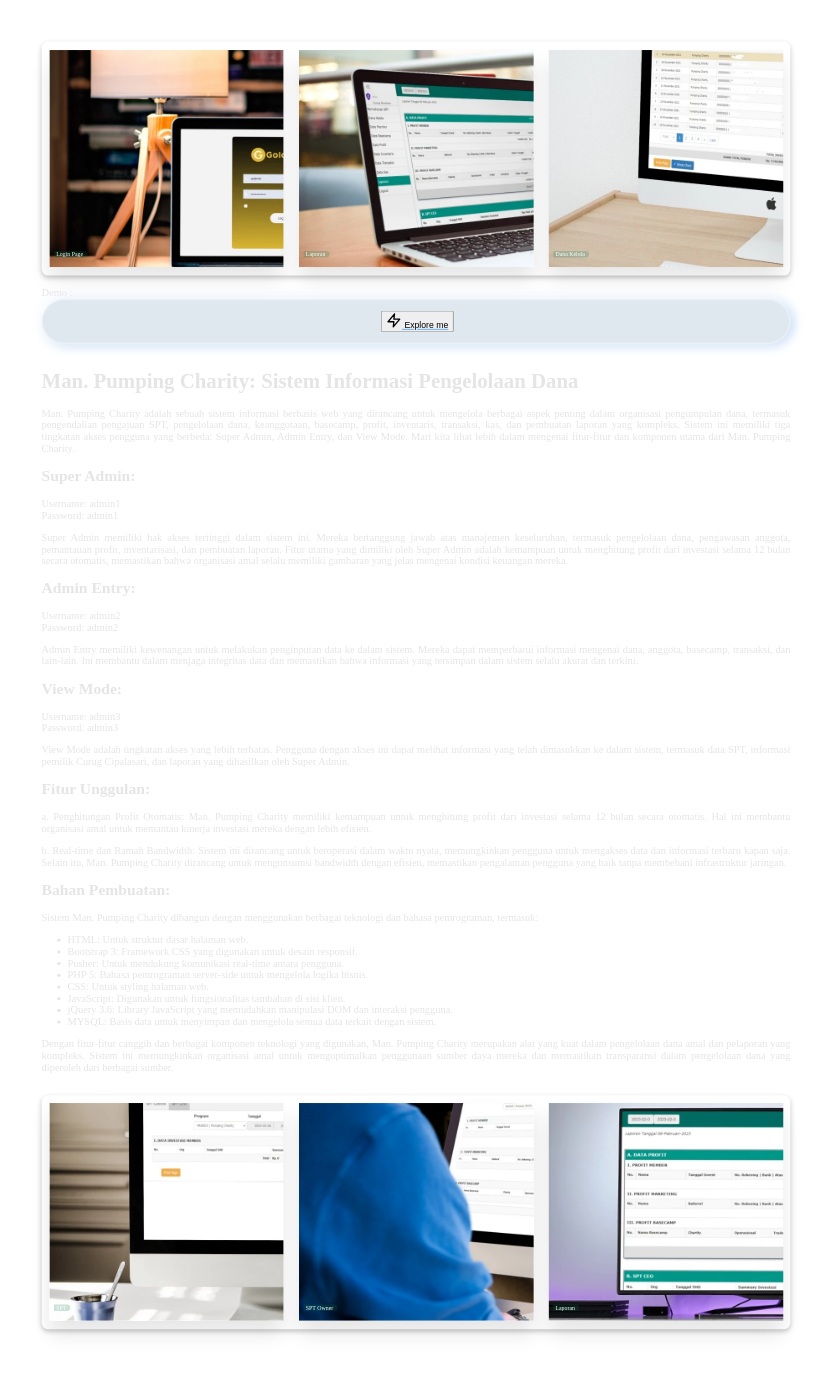
Repository: yusup-maulana/yusup-maulana.github.io
Page: portofolio-manpumping.html
The author's editor kept a copy of each file at every save. The page is drawn from the files as they stood at one save, then again after the next save.
The browser window is 1280 px wide. The pictures show the whole page, at 65% of full size.
Some web fonts or font styles are not loaded; a fallback is used.

Above is the page before, as saved 2023-10-06 21:36:06.

After the next save:
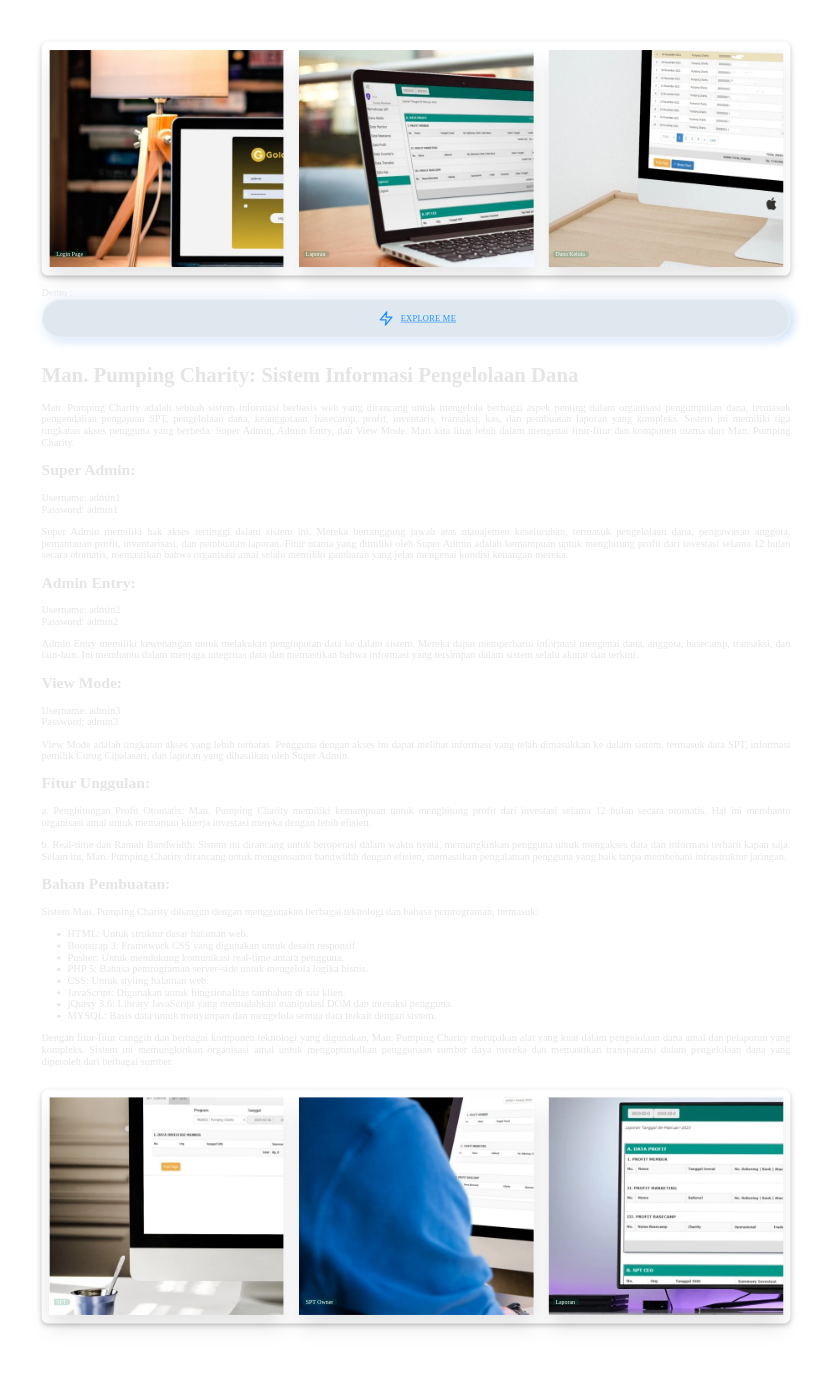
Saved 8 s later.
--- a/portofolio-manpumping.html
+++ b/portofolio-manpumping.html
@@ -152,22 +152,21 @@
     class="btn-portofolio"
     target="_blank"
     href="https://maulana-project122.000webhostapp.com/"
-    ><button>
-      <svg
-        viewBox="0 0 24 24"
-        width="24"
-        height="24"
-        stroke="currentColor"
-        stroke-width="2"
-        fill="none"
-        stroke-linecap="round"
-        stroke-linejoin="round"
-        class="css-i6dzq1"
-      >
-        <polygon points="13 2 3 14 12 14 11 22 21 10 12 10 13 2"></polygon>
-      </svg>
-      Explore me
-    </button></a
+  >
+    <svg
+      viewBox="0 0 24 24"
+      width="24"
+      height="24"
+      stroke="currentColor"
+      stroke-width="2"
+      fill="none"
+      stroke-linecap="round"
+      stroke-linejoin="round"
+      class="css-i6dzq1"
+    >
+      <polygon points="13 2 3 14 12 14 11 22 21 10 12 10 13 2"></polygon>
+    </svg>
+    Explore me </a
   ><br />
   <h1>Man. Pumping Charity: Sistem Informasi Pengelolaan Dana</h1>
   <p>
